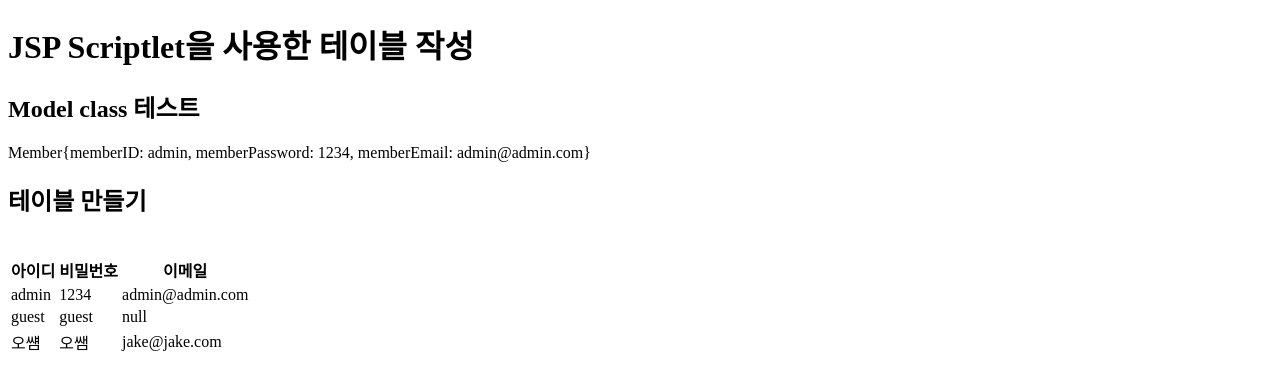
Repository: ljh5973/labweb
Page: http://localhost/JSP02/03_table.jsp
These files come from the project's save history. The page is drawn as it stood at one moment and after the next save; the edit follows.
The browser window is 1280 px wide. The pictures show the whole page.
The page is served by Tomcat 9. Other server files are loaded and not shown.

Above is the page before, as saved 2022-01-07 06:07:01.

### JSP02/webapp/03_table.jsp
<%@page import="java.util.ArrayList"%>
<%@page import="edu.web.model.Member"%>
<%@ page language="java" contentType="text/html; charset=UTF-8"
    pageEncoding="UTF-8"%>
<%@ page trimDirectiveWhitespaces="true"%>
<!DOCTYPE html>
<html>
	<head>
		<meta charset="UTF-8">
		<title>Insert title here</title>
		<style>
			table, th ,td {
			border-collapse: 1px solid #777}
		</style>
	</head>
	<body>

	<h1>JSP Scriptlet을 사용한 테이블 작성</h1>
	<h2>Model class 테스트</h2>

	<%
	Member member=new Member("admin","1234","admin@admin.com");

	%>
	<div><%= member %> <%--  --%></div>

	<%-- 테이블을 만들 더미 데이터 생성 --%>
	<%
	 ArrayList<Member> list=new ArrayList<>();
	 list.add(member);
	 list.add(new Member("guest","guest",null));
	 list.add(new Member("오썜", "오쌤", "jake@jake.com"));

	%>

	<h2>테이블 만들기</h2>
	<table>
		<thead>
			<tr>
				<th>아이디</th>
				<th>비밀번호</th>
				<th>이메일</th>
			</tr>
		</thead>
		<br>
		<tbody>
		<% for(Member m:list){
			out.print("<tr>");
			out.print("<td>");
			out.print(m.getMemberId());
			out.print("</td>");

			out.print("<td>");
			out.print(m.getMemberPassword());
			out.print("</td>");

			out.print("<td>");
			out.print(m.getMemberEmail());
			out.print("</td>");
			out.print("</tr>");

		} %>
		</tbody>
	</table>
	</body>
</html>

### JSP02/src/edu/web/model/Member.java
package edu.web.model;

/**
 * @author wlsgh
 *
 */
public class Member {

	// 멤버 변수(필드, 프로퍼티)
	private String memberId;
	private String memberPassword;
	private String memberEmail;

	public Member() {
		// TODO Auto-generated constructor stub
	}




	public Member(String memberId, String memberPassword, String memberEmail) {
		this.memberId = memberId;
		this.memberPassword = memberPassword;
		this.memberEmail = memberEmail;
	}




	public String getMemberId() {
		return memberId;
	}

	public void setMemberId(String memberId) {
		this.memberId = memberId;
	}

	public String getMemberPassword() {
		return memberPassword;
	}

	public void setMemberPassword(String memberPassword) {
		this.memberPassword = memberPassword;
	}

	public String getMemberEmail() {
		return memberEmail;
	}

	public void setMemberEmail(String memberEmail) {
		this.memberEmail = memberEmail;
	}




	@Override
	public String toString() {

		// String format(format, args)
		// format: %s, %d, %f
		return String.format("Member{memberID: %s, memberPassword: %s, memberEmail: %s}", this.memberId, this.memberPassword, this.memberEmail);
	}



}

After the next save:
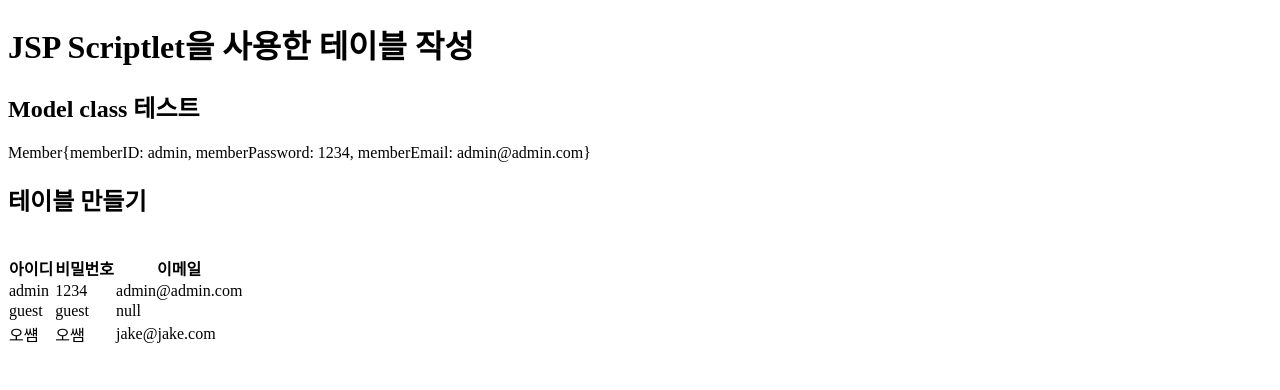
Saved 11 s later.
--- a/JSP02/webapp/03_table.jsp
+++ b/JSP02/webapp/03_table.jsp
@@ -10,7 +10,7 @@
 		<title>Insert title here</title>
 		<style>
 			table, th ,td {
-			border-collapse: 1px solid #777}
+			border-collapse:collapse;}
 		</style>
 	</head>
 	<body>
